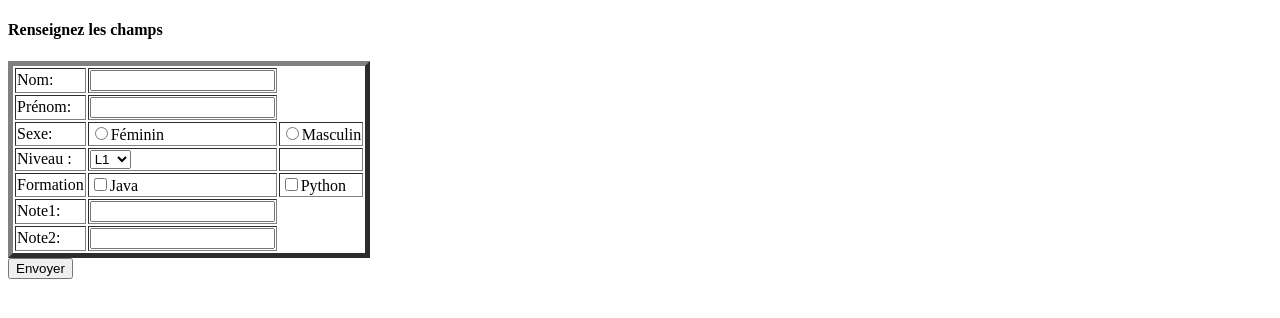
Repository: imouahrani/Gestion-des-stagiaires_JAVAEE
Page: http://localhost/premier_projet/monpremierformulaire.jsp
These files come from the project's save history. The page is drawn as it stood at one moment and after the next save; the edit follows.
The browser window is 1280 px wide. The pictures show the whole page.
The page is served by Tomcat 9. Other server files are loaded and not shown.

Above is the page before, as saved 2018-07-28 10:06:07.

### Formation Java Entreprise Edition/premier projet/WebContent/monpremierformulaire.jsp
<%@ page language="java" contentType="text/html; charset=UTF-8"
	pageEncoding="UTF-8"%>
<!DOCTYPE html PUBLIC "-//W3C//DTD HTML 4.01 Transitional//EN" "http://www.w3.org/TR/html4/loose.dtd">
<html>
<head>
<meta http-equiv="Content-Type" content="text/html; charset=UTF-8">
<title>Formulaire d'inscription</title>
</head>
<body>
	<h4>Renseignez les champs</h4>
	<form action="TraiteFormulaire" method="post">
		<table border="5">
			<tr>
				<td>Nom:</td>
				<td><input type="text" name="nom" /></td>


			</tr>

			<tr>

				<td>Prénom:</td>
				<td><input type="text" name="prenom" /></td>


			</tr>


			<tr>
				<td>Sexe:</td>
				<td><input type="radio" name="sexe" value="Femme">Féminin</input></td>
				<td><input type="radio" name="sexe" value="Homme">Masculin</input></td>
			</tr>
			<tr>
				<td>Niveau :</td>
				<td><select name="niveau">

						<option>L1</option>
						<option>L2</option>
						<option>L3</option>
						<option>M1</option>
						<option>M2</option>


				</select></td>
				<td></td>
			</tr>
			<tr>
				<td>Formation</td>
				<td><input type="checkbox" name="formation" value="java">Java</td>

				<td><input type="checkbox" name="formation" value="python">Python</td>
			</tr>

			<tr>

				<td>Note1:</td>
				<td><input type="text" name="note1" /></td>


			</tr>
			<tr>

				<td>Note2:</td>
				<td><input type="text" name="note2" /></td>


			</tr>





		</table>

		<input type="submit" name="Envoyer" value="Envoyer" />
	</form>
</body>
</html>

After the next save:
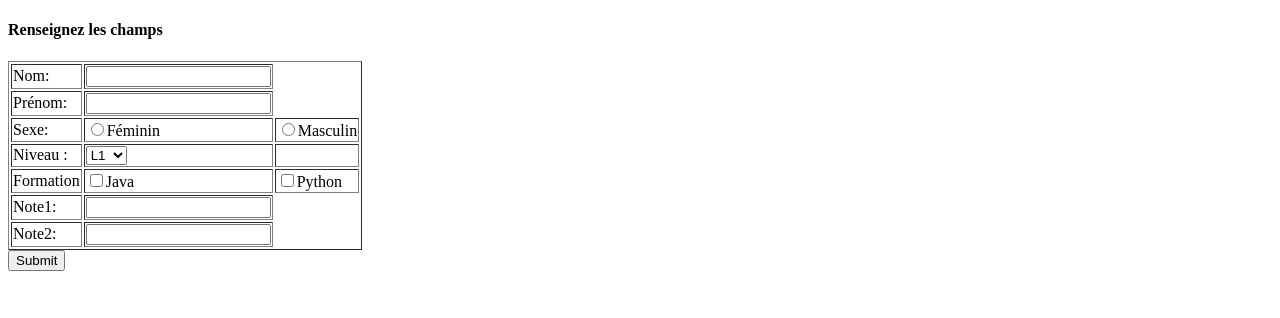
Saved 48 s later.
--- a/Formation Java Entreprise Edition/premier projet/WebContent/monpremierformulaire.jsp
+++ b/Formation Java Entreprise Edition/premier projet/WebContent/monpremierformulaire.jsp
@@ -9,7 +9,7 @@
 <body>
 	<h4>Renseignez les champs</h4>
 	<form action="TraiteFormulaire" method="post">
-		<table border="5">
+		<table border="1">
 			<tr>
 				<td>Nom:</td>
 				<td><input type="text" name="nom" /></td>
@@ -73,7 +73,7 @@
 
 		</table>
 
-		<input type="submit" name="Envoyer" value="Envoyer" />
+		<input type="submit" name="Envoyer" />
 	</form>
 </body>
 </html>
